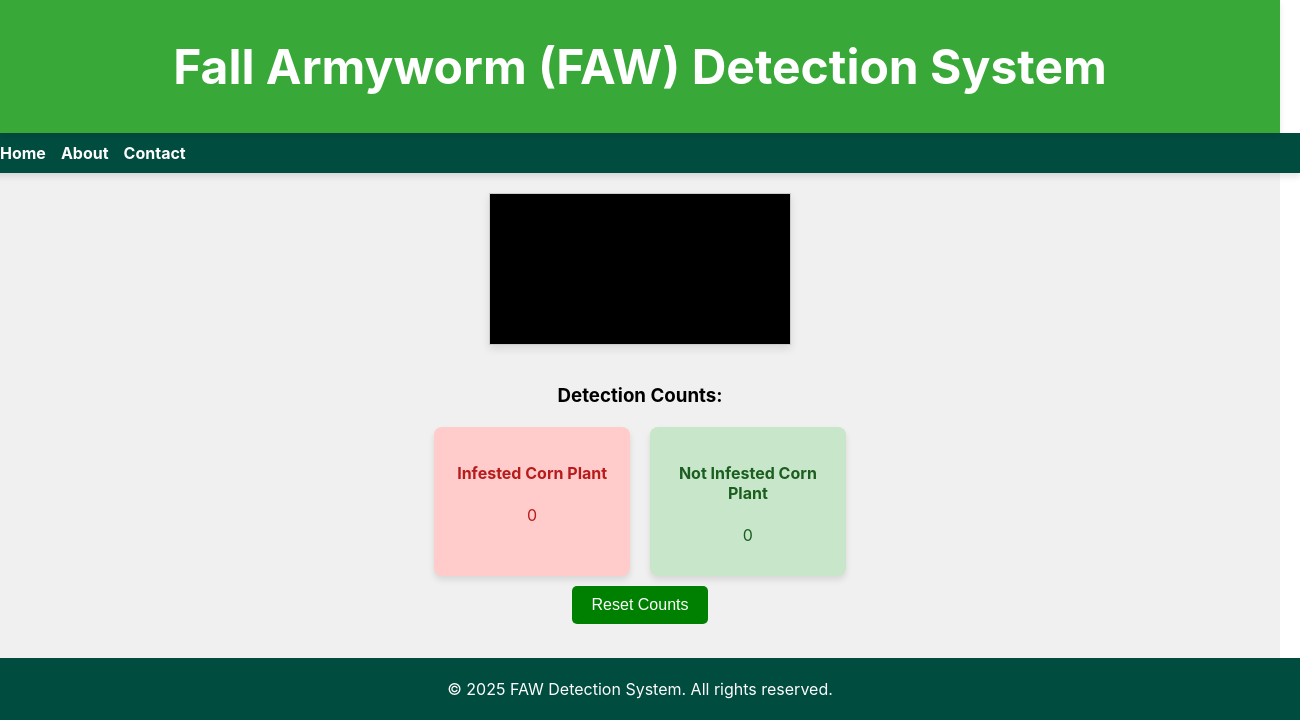
Repository: jansen223/faw-detection-main
Page: /percentages
These files come from the project's save history. The page is drawn as it stood at one moment and after the next save; the edit follows.
The browser window is 1280 px wide. The page is 1300 px wide, so the pictures cover 1300 px, including what lies to the right of the window. The pictures show the whole page.
The page's requests for data from a server got no answer. The project was rebuilt for these pictures with package versions that can differ from the ones it lists, and the page was loaded fresh each time. No one was signed in, and anything a server would have sent is missing.

Above is the page before, as saved 2025-04-10 00:17:37.

After the next save:
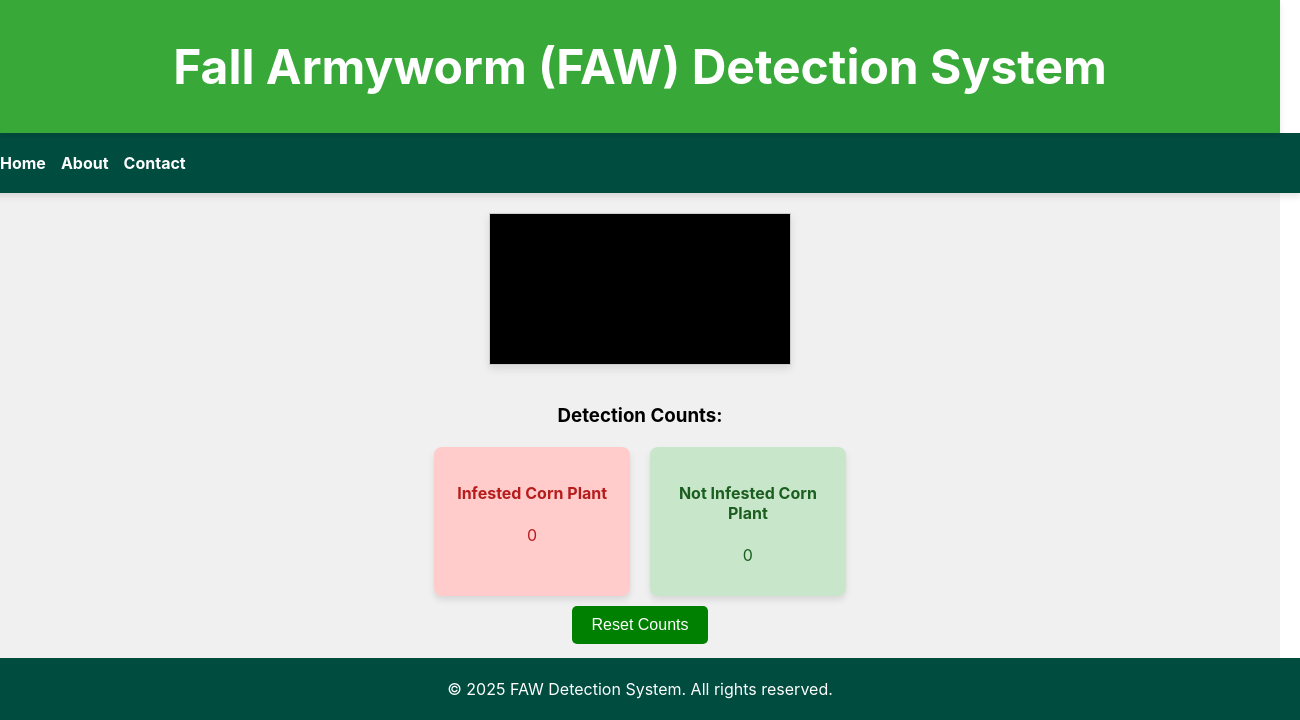
Saved 68 s later.
--- a/src/App.css
+++ b/src/App.css
@@ -98,7 +98,7 @@
   display: flex;
   gap: 15px;
   margin: 0;
-  padding: 0;
+  padding: 10px 0;
 }
 
 .App-navbar a {

After the save that followed:
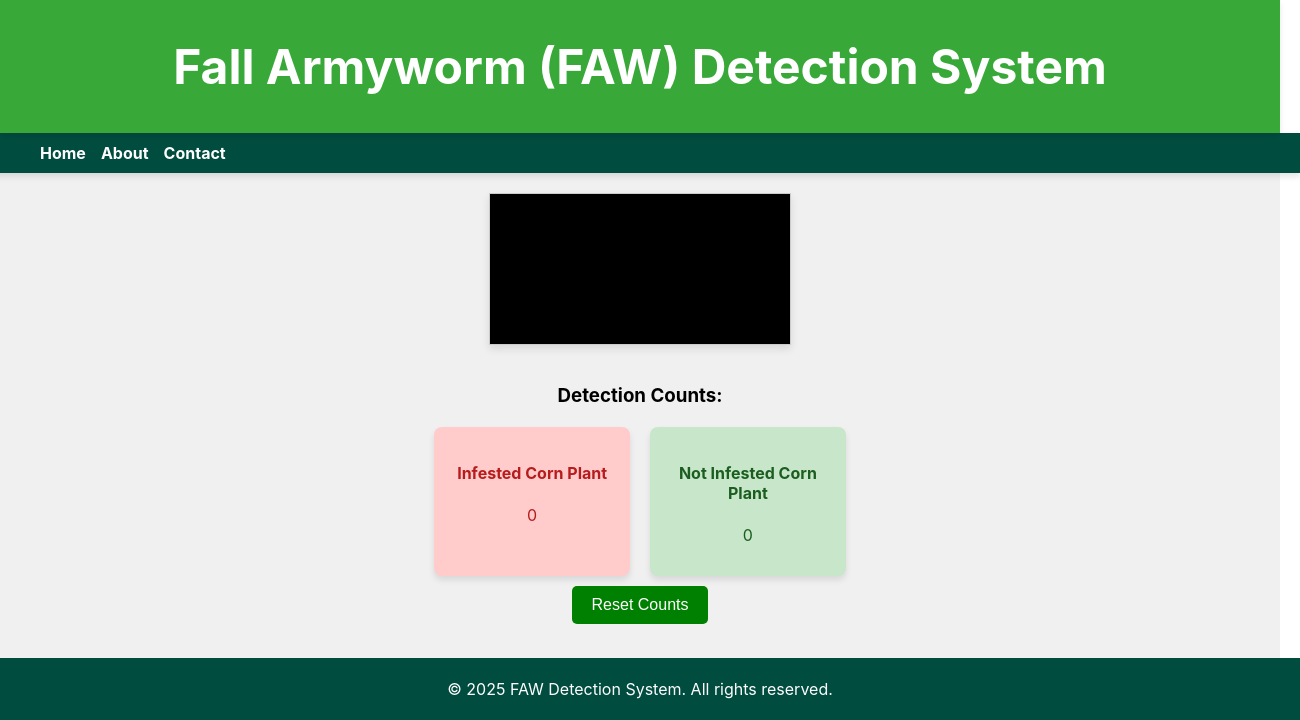
Saved 11 s later.
--- a/src/App.css
+++ b/src/App.css
@@ -98,7 +98,7 @@
   display: flex;
   gap: 15px;
   margin: 0;
-  padding: 10px 0;
+  padding: 0, 10px;
 }
 
 .App-navbar a {
